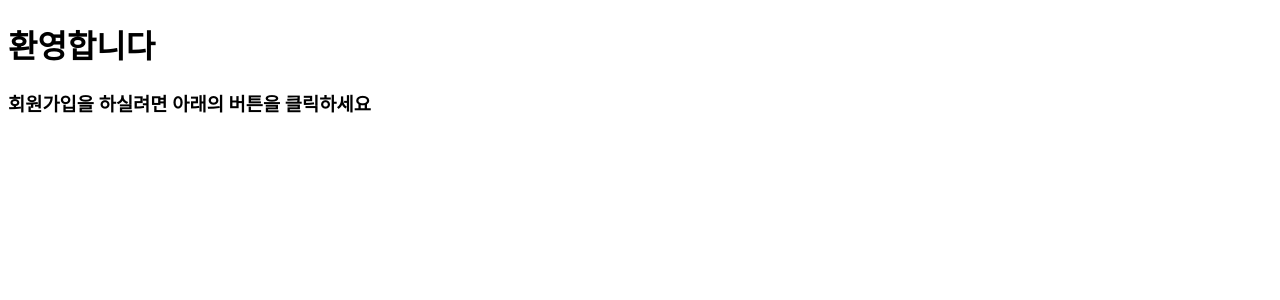
Repository: shashak23/spring_workspace
Page: springweb/src/main/webapp/resources/sample07/memberRegister.html
The author's editor kept a copy of each file at every save. The page is drawn from the files as they stood at one save, then again after the next save.
The browser window is 1280 px wide. The pictures show the whole page.

Above is the page before, as saved 2023-02-28 06:11:10.

### springweb/src/main/webapp/resources/sample07/memberRegister.html
<!DOCTYPE html>
<html>
<head>
<meta charset="UTF-8">
<title>Insert title here</title>
</head>
<body>
	<h1>환영합니다</h1>
	<h3>회원가입을 하실려면 아래의 버튼을 클릭하세요</h3>
</body>
</html>

After the next save:
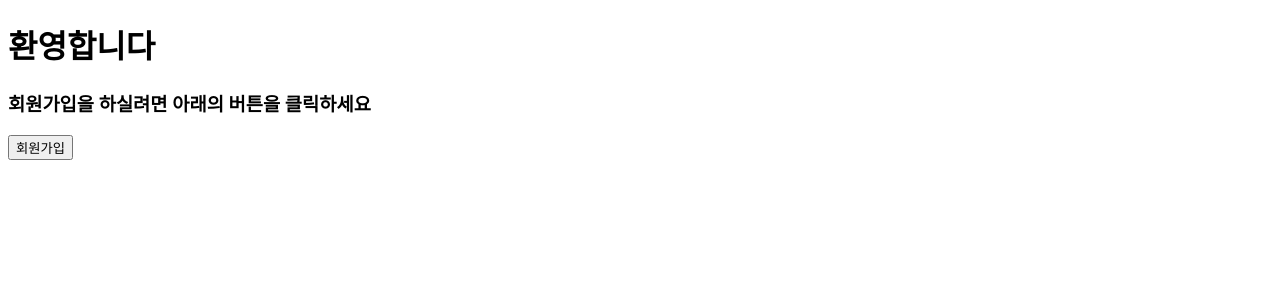
Saved 94 s later.
--- a/springweb/src/main/webapp/resources/sample07/memberRegister.html
+++ b/springweb/src/main/webapp/resources/sample07/memberRegister.html
@@ -7,5 +7,10 @@
 <body>
 	<h1>환영합니다</h1>
 	<h3>회원가입을 하실려면 아래의 버튼을 클릭하세요</h3>
+
+	<form action="/springweb/memberReigisterStep1" method="post">
+		<input type="submit" value="회원가입">
+
+	</form>
 </body>
 </html>
